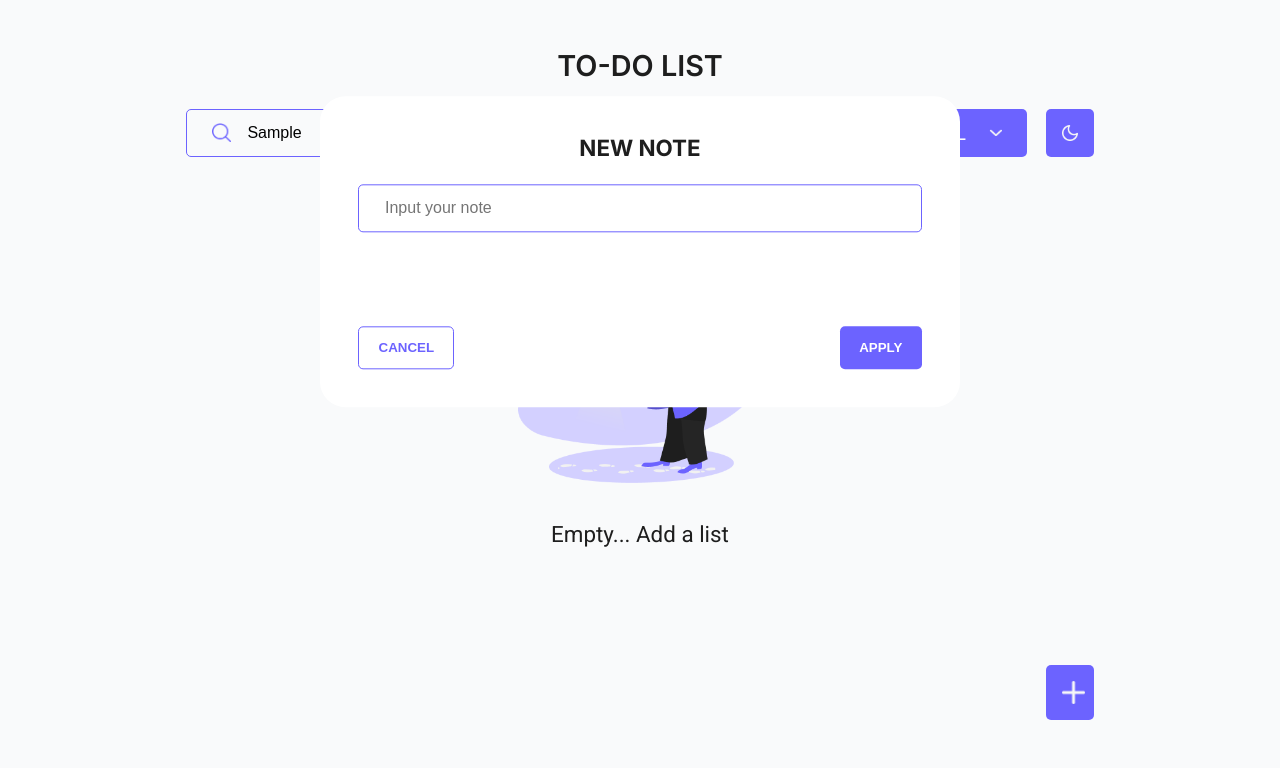
Repository: Marykeje/To-do-list
Page: index.html
These files come from the project's save history. The page is drawn as it stood at one moment and after the next save; the edit follows.
The browser window is 1280 px wide. The pictures show the whole page.
Empty fields were first filled with sample values (such as "Sample", 5 or name@example.com).
After loading, the first visible `#add` was clicked once.
The style sheet was rebuilt from its Sass, Less or Tailwind sources for each picture, by a compiler version that may differ from the author's.

Above is the page before, as saved 2025-12-02 11:30:31.

After the next save:
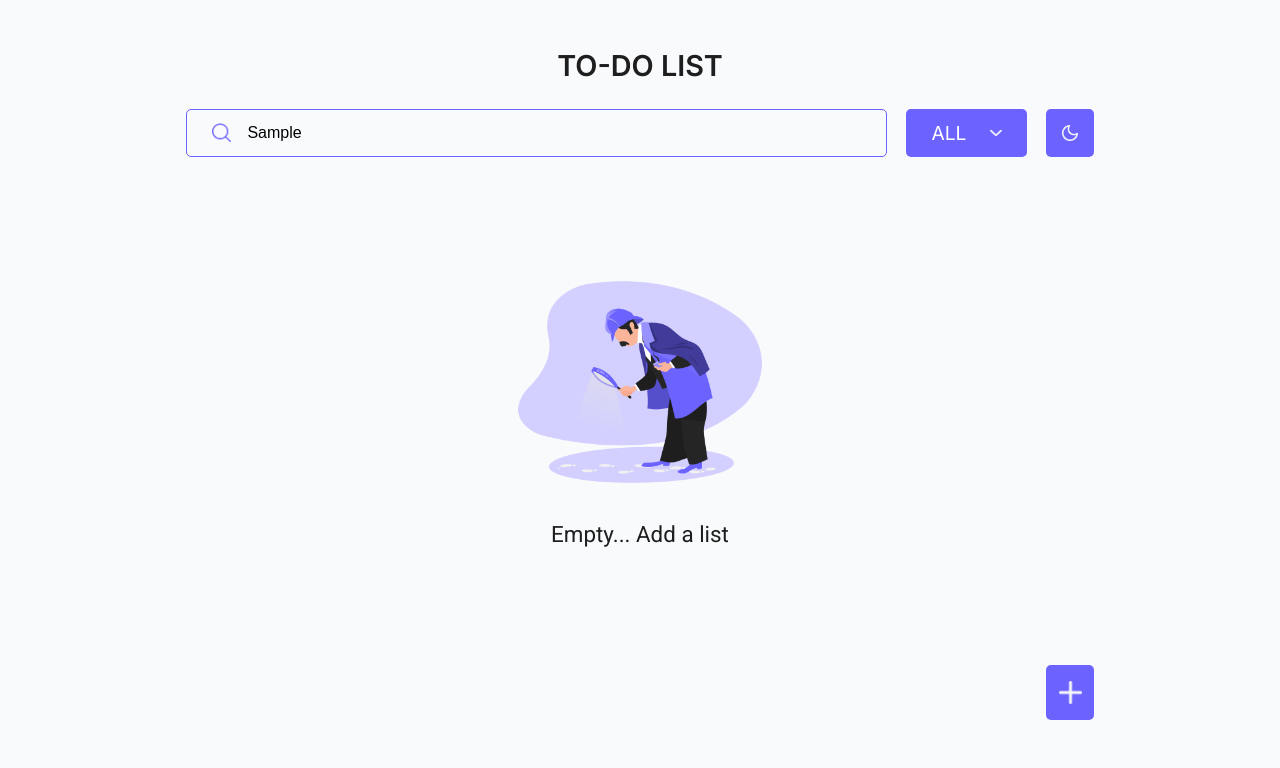
Console error: SyntaxError: Unexpected token ')'
Saved 9 s later.
--- a/js/script.js
+++ b/js/script.js
@@ -32,7 +32,7 @@
   // function closeModal() {
     // const close = document.getElementById("close");
   // }
-  console.log()
+  console.log(modal.style.display = )
 }
 
 // openModal()

After the save that followed:
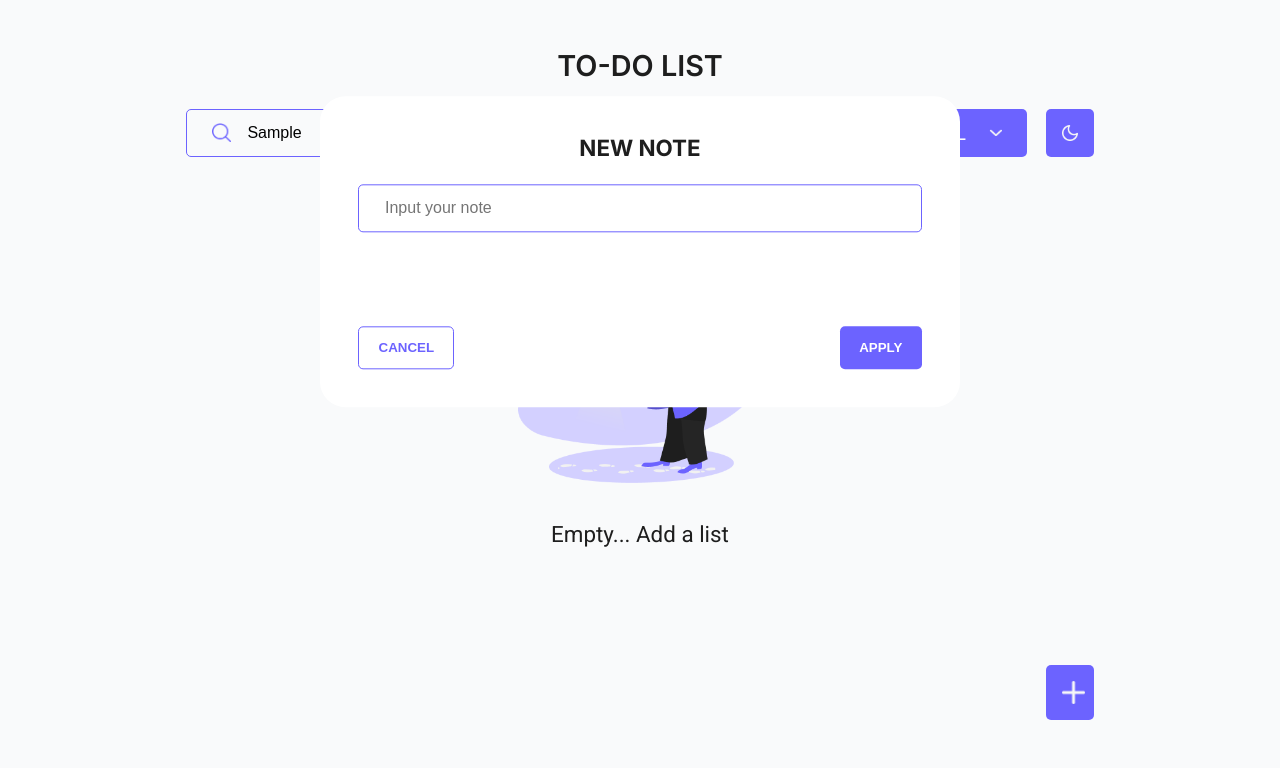
The error is gone.
Saved 5 s later.
--- a/js/script.js
+++ b/js/script.js
@@ -32,7 +32,7 @@
   // function closeModal() {
     // const close = document.getElementById("close");
   // }
-  console.log(modal.style.display = )
+  console.log(modal.style.display)
 }
 
 // openModal()
